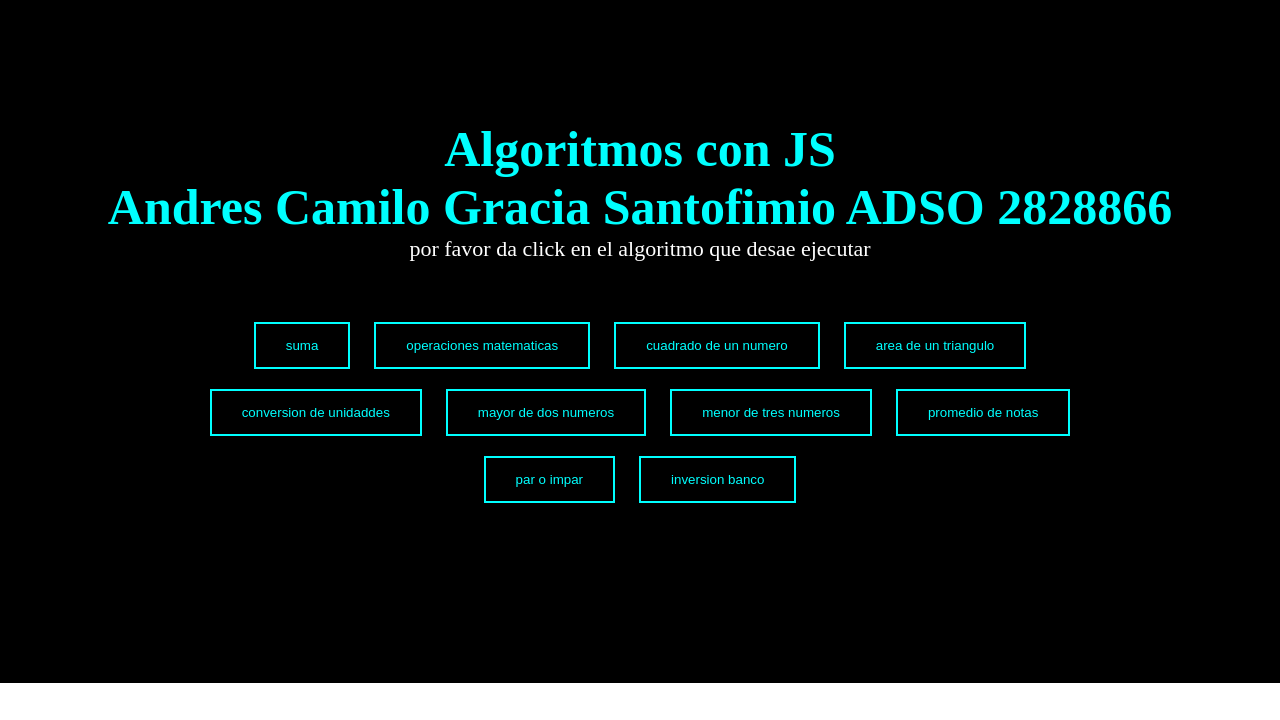
Repository: orskark/AlgoritmosJs1_Oscar
Page: index.html
The author's editor kept a copy of each file at every save. The page is drawn from the files as they stood at one save, then again after the next save.
The browser window is 1280 px wide. The pictures show the whole page.

Above is the page before, as saved 2024-10-29 11:18:29.

After the next save:
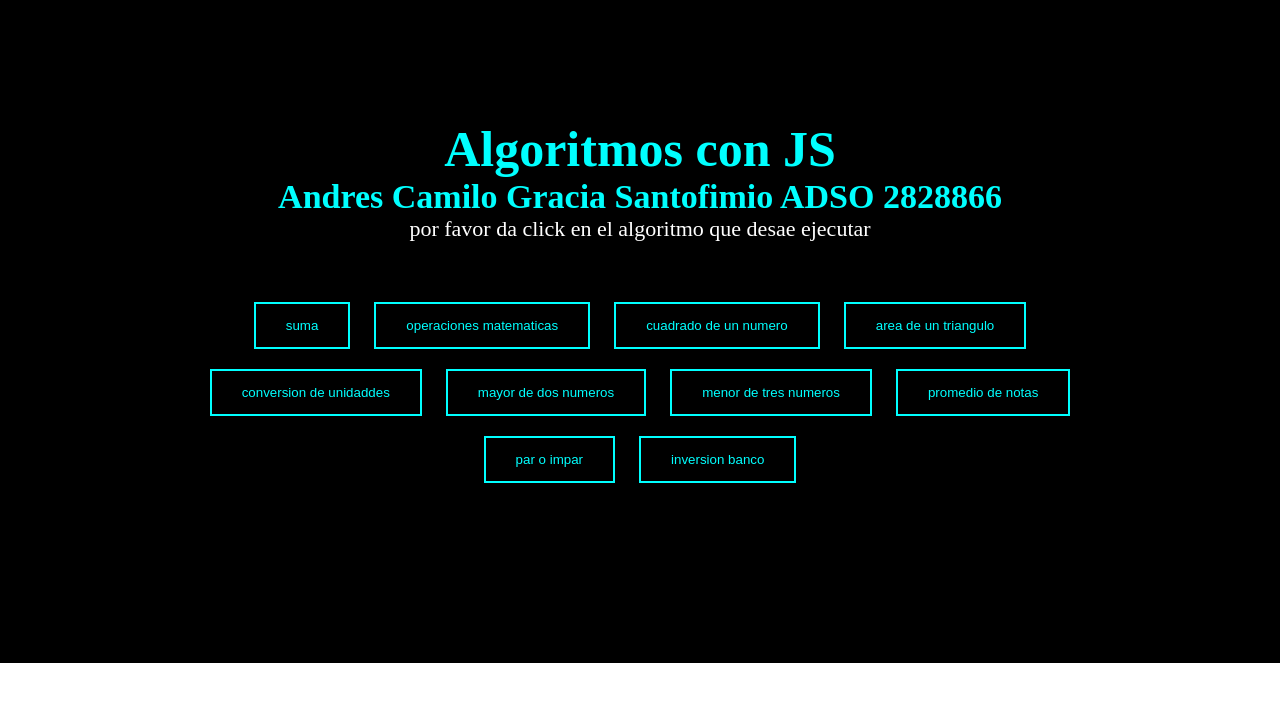
Saved 12 s later.
--- a/styles.css
+++ b/styles.css
@@ -22,7 +22,7 @@ h1{
 
 h2{
     color: aqua;
-    font-size: 50px;
+    font-size: 34px;
 
 }
 
